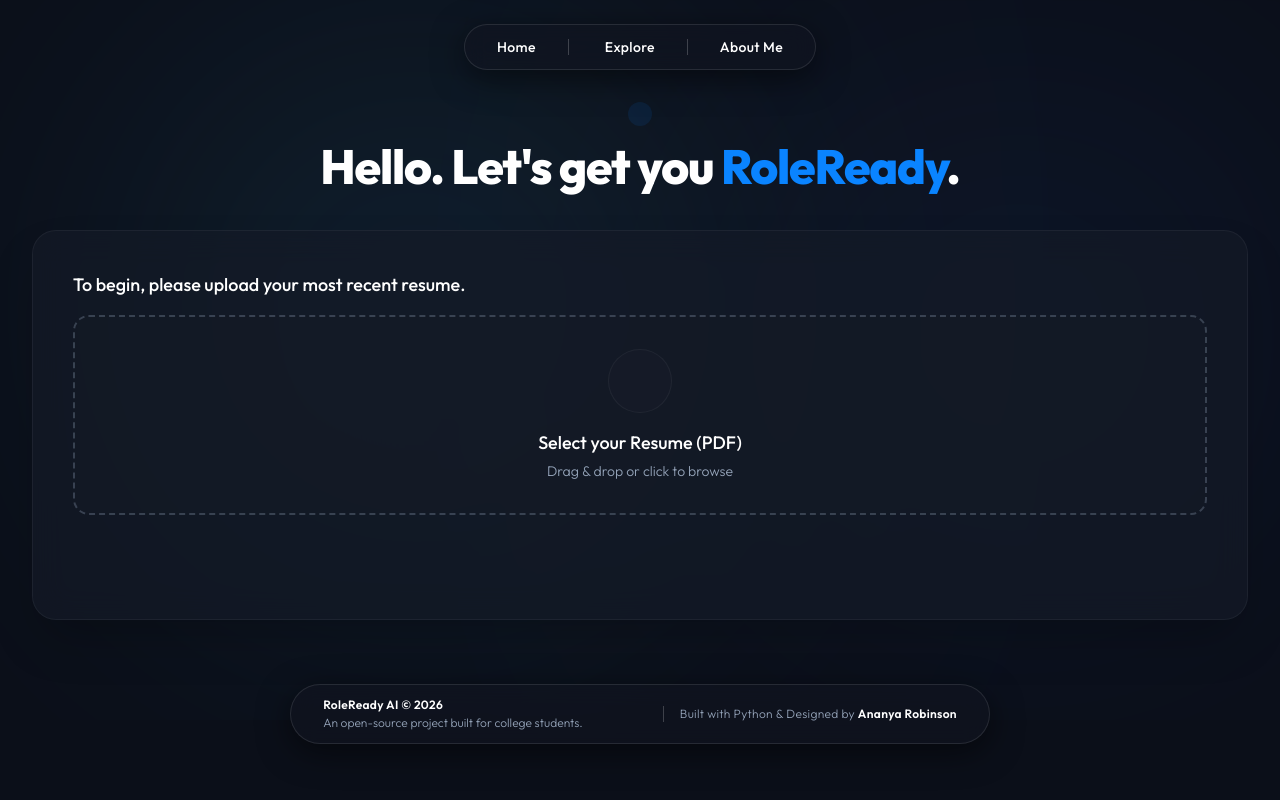
Repository: iAmVirtue/Helpz-AI
Page: http://localhost/
An editor plug-in stored every save of this project. The page is shown before and after a run of saves, followed by the edit.
The browser window is 1280 px wide. The pictures show the whole page.
Some icons come from a web library that is not loaded, so they are not drawn. Some web libraries are served in a nearby version. The page is served by the project's application, run on Django 5.2 (manage.py). Other server files are loaded and not shown.

Above is the page before, as saved 2026-03-30 10:28:13.

### templates/home/index.html
{% extends "base.html" %}

{% block title %}RoleReady AI - Premium Report{% endblock %}

{% block content %}
<!-- Main Application Container -->
<main class="w-full max-w-7xl mx-auto z-10 px-4 sm:px-8 pt-16 md:pt-24 space-y-12">

    <!-- ==========================================
             SECTION 1: THE CONCIERGE INPUT FLOW
        =========================================== -->
    <section id="section-input" class="w-full">
        <div class="text-center mb-10 animate-fade-in-up">
            <div class="inline-flex items-center justify-center p-3 bg-ios-blue/10 rounded-full mb-4">
                <i class="ph ph-sparkle text-ios-blue text-2xl animate-pulse"></i>
            </div>
            <h1 class="text-4xl md:text-5xl font-extrabold tracking-tight mb-3 text-white">
                Hello. Let's get you <span class="text-ios-blue">RoleReady</span>.
            </h1>
        </div>

        <div class="glass-panel rounded-3xl p-6 md:p-10 space-y-2 shadow-2xl animate-fade-in-up"
            style="animation-delay: 0.1s;">

            <!-- STEP 1: RESUME -->
            <div id="step-1" class="transition-all duration-500">
                <label class="block text-lg font-medium text-white mb-4">
                    To begin, please upload your most recent resume.
                </label>
                <div id="dropzone"
                    class="border-2 border-dashed border-ash/30 bg-surface/50 rounded-2xl p-8 text-center transition-all duration-300 hover:border-ios-blue hover:bg-ios-blue/5 cursor-pointer group relative overflow-hidden">
                    <input type="file" id="fileInput"
                        class="absolute inset-0 w-full h-full opacity-0 cursor-pointer z-10" accept=".pdf" />
                    <div class="flex flex-col items-center justify-center pointer-events-none">
                        <div
                            class="w-16 h-16 rounded-full bg-surface group-hover:bg-ios-blue/20 flex items-center justify-center mb-4 transition-colors border border-white/5">
                            <i
                                class="ph ph-upload-simple text-3xl text-ash group-hover:text-ios-blue transition-colors"></i>
                        </div>
                        <p class="text-white font-medium text-lg mb-1" id="fileNameDisplay">Select your Resume (PDF)
                        </p>
                        <p class="text-ash text-sm font-light">Drag & drop or click to browse</p>
                    </div>
                </div>
            </div>

            <!-- STEP 2: JOB DESCRIPTION (Initially Hidden) -->
            <div id="step-2" class="reveal-step pt-6">
                <div class="h-px w-full bg-gradient-to-r from-transparent via-ash/20 to-transparent mb-8"></div>
                <label class="block text-lg font-medium text-white mb-2 flex items-center gap-2">
                    <i class="ph ph-check-circle text-emerald-400"></i> Resume secured. What role are you aiming
                    for?
                </label>
                <p class="text-ash text-sm font-light mb-4">Paste the target Job Description below so we can align
                    your skills.</p>
                <div class="relative group">
                    <textarea id="jdInput" rows="5"
                        class="relative w-full bg-surface/80 border border-ash/20 rounded-2xl p-5 text-white placeholder-ash/50 focus:outline-none focus:border-ios-blue focus:ring-1 focus:ring-ios-blue/50 resize-none transition-all custom-scrollbar font-light"
                        placeholder="e.g., 'We are looking for a Software Engineer proficient in React, Node.js, and cloud architecture...'"></textarea>
                </div>
            </div>

            <!-- STEP 3: ACTION BUTTON (Initially Hidden) -->
            <div id="step-3" class="reveal-step pt-6">
                <button id="analyzeBtn" onclick="startAnalysis()"
                    class="w-full py-4 rounded-2xl bg-ios-blue text-white font-bold text-lg shadow-[0_0_20px_rgba(10,132,255,0.4)] hover:shadow-[0_0_30px_rgba(10,132,255,0.6)] transform hover:-translate-y-1 transition-all duration-300 flex justify-center items-center gap-2 group">
                    <i class="ph ph-magic-wand text-xl group-hover:rotate-12 transition-transform"></i> Generate My
                    Analysis
                </button>
            </div>
        </div>
    </section>

    <!-- ==========================================
             SECTION 2: LOADING STATE (Initially Hidden)
        =========================================== -->
    <section id="section-loading"
        class="hidden w-full py-16 flex flex-col items-center justify-center animate-fade-in-up">
        <div class="relative w-24 h-24 mb-6">
            <div class="absolute inset-0 border-4 border-surface rounded-full shadow-sm"></div>
            <div class="absolute inset-0 border-4 border-ios-blue border-t-transparent rounded-full animate-spin">
            </div>
            <div class="absolute inset-2 border-4 border-ash/20 border-b-transparent rounded-full animate-spin-slow"
                style="animation-direction: reverse;"></div>
            <i
                class="ph ph-brain absolute top-1/2 left-1/2 transform -translate-x-1/2 -translate-y-1/2 text-3xl text-ios-blue animate-pulse"></i>
        </div>
        <h2 class="text-2xl font-bold text-white mb-2">Analyzing Profile</h2>
        <p class="text-ash font-light" id="loadingSub">Extracting keywords & matching neural vectors...</p>

        <div class="w-64 h-1.5 bg-surface rounded-full mt-6 overflow-hidden">
            <div class="h-full bg-ios-blue w-0 rounded-full transition-all duration-300 shadow-[0_0_10px_rgba(10,132,255,0.8)]"
                id="loadingBar"></div>
        </div>
    </section>

    <!-- ==========================================
             SECTION 3: UNIFIED RESULTS (Initially Hidden)
        =========================================== -->
    <div id="section-results" class="hidden animate-fade-in-up w-full">
        <div class="grid grid-cols-1 lg:grid-cols-12 gap-8 items-start">

            <!-- Left Column: Extracted Resume Column -->
            <div class="lg:col-span-5 relative">
                <div class="glass-panel rounded-3xl p-6 md:p-8 h-full border border-white/5 flex flex-col">
                    <div class="flex flex-row justify-between w-full items-center mb-6 border-b border-ash/10 pb-4">
                        <h3 class="text-xl font-bold text-white flex items-center gap-2">
                            <i class="ph ph-file-text text-ios-blue text-2xl"></i> Extracted Resume
                        </h3>
                        <div class="flex gap-2">
                            <button type="button" onclick="toggleResumeEdit()" id="editResumeBtn" class="text-xs px-3 py-1.5 rounded-lg bg-surface hover:bg-white/10 text-ios-blue border border-ios-blue/30 transition-colors flex items-center gap-1">
                                <i class="ph ph-pencil-simple"></i> Modify
                            </button>
                            <button type="button" onclick="downloadResume()" id="downloadResumeBtn" class="hidden text-xs px-3 py-1.5 rounded-lg bg-ios-blue hover:bg-blue-600 text-white transition-colors flex items-center gap-1">
                                <i class="ph ph-download-simple"></i> Save & Download
                            </button>
                        </div>
                    </div>

                    <textarea class="hidden w-full flex-grow min-h-[500px] bg-darkbg border border-white/10 text-sm text-ash font-mono p-4 rounded-xl focus:outline-none focus:border-ios-blue resize-y mb-2" id="extracted-text-edit"></textarea>

                    <div class="text-xs text-ash space-y-3 font-mono pr-2 pb-2 overflow-auto" id="extracted-text-body">
                    </div>
                </div>
            </div>

            <!-- Right Column: Analysis Container Details -->
            <div class="lg:col-span-7 w-full flex flex-col gap-8">

                <!-- Analysis Matrix Panel -->
                <section class="glass-panel rounded-3xl p-6 md:p-10">
                    <div
                        class="flex flex-col md:flex-row justify-between items-center mb-10 border-b border-ash/10 pb-6">
                        <h2 class="text-3xl md:text-4xl font-bold text-white">Analysis <span
                                class="text-ios-blue">Matrix</span>
                        </h2>

                        <!-- Circular Progress -->
                        <div
                            class="relative flex items-center justify-center w-32 h-32 mt-6 md:mt-0 bg-surface rounded-full shadow-inner border border-white/5">
                            <svg class="w-full h-full drop-shadow-[0_0_10px_rgba(10,132,255,0.3)]"
                                viewBox="0 0 100 100">
                                <circle class="text-darkbg stroke-current" stroke-width="8" cx="50" cy="50" r="40"
                                    fill="transparent"></circle>
                                <circle id="scoreCircle" class="text-ios-blue stroke-current progress-ring__circle"
                                    stroke-width="8" stroke-linecap="round" cx="50" cy="50" r="40" fill="transparent"
                                    stroke-dasharray="251.2" stroke-dashoffset="251.2"></circle>
                            </svg>
                            <div class="absolute flex flex-col items-center justify-center">
                                <span class="text-3xl font-bold text-white" id="scoreText">0%</span>
                                <span class="text-[10px] text-ash uppercase tracking-widest font-semibold">Match</span>
                            </div>
                        </div>
                    </div>

                    <div class="grid grid-cols-1 md:grid-cols-2 gap-6">
                        <!-- Recommendation -->
                        <div
                            class="md:col-span-2 glass-card rounded-2xl p-6 relative overflow-hidden bg-ios-blue/5 border-ios-blue/20">
                            <div class="absolute top-0 left-0 w-1 h-full bg-ios-blue"></div>
                            <h3 class="text-lg font-bold text-white mb-3 flex items-center gap-2">
                                <i class="ph ph-robot text-ios-blue text-xl"></i> AI Recommendation
                            </h3>
                            <ul class="text-ash leading-relaxed font-light text-sm md:text-base list-disc list-inside space-y-2 ml-1"
                                id="ai-quick-fix">
                            </ul>
                        </div>

                        <!-- Missing Keywords -->
                        <div class="glass-card rounded-2xl p-6 h-full">
                            <h3
                                class="text-lg font-bold text-white mb-4 border-b border-ash/10 pb-2 flex items-center gap-2">
                                <i class="ph ph-magnifying-glass-minus text-rose-400"></i> Missing Keywords
                            </h3>
                            <div class="flex flex-wrap gap-2" id="missing-keywords-list">
                            </div>
                        </div>

                        <!-- Critical Gaps -->
                        <div class="glass-card rounded-2xl p-6 border-l-4 border-l-rose-500 h-full">
                            <h3 class="text-lg font-bold text-white mb-4 flex items-center gap-2">
                                <i class="ph ph-warning-circle text-rose-500 text-xl"></i> Critical Gaps
                            </h3>
                            <ul class="space-y-3" id="critical-gaps-list">
                            </ul>
                        </div>
                    </div>
                </section>
            </div>
        </div>

        <!-- Action Plan Panel -->
        <section class="glass-panel rounded-3xl p-6 md:p-10 mt-8 w-full">
            <div class="text-center mb-10">
                <h2 class="text-3xl md:text-4xl font-bold text-white mb-2">Curated <span class="text-ios-blue">Action
                        Plan</span></h2>
                <p class="text-ash font-light">Master your missing skills specifically targeted for this role.
                </p>
            </div>

            <div class="grid grid-cols-1 lg:grid-cols-2 gap-8 items-start">
                <!-- Left Col: Interview Simulator -->
                <div class="glass-card rounded-2xl p-6 md:p-8">
                    <h3 class="text-xl font-bold text-white mb-2 flex items-center gap-2">
                        <i class="ph ph-chats-circle text-ios-blue text-2xl"></i> Interview Simulator
                    </h3>
                    <p class="text-sm text-ash mb-6">Test your knowledge. Click to reveal ideal answers.</p>

                    <div class="space-y-3" id="accordion-container">
                        <!-- Populated by JS -->
                    </div>
                </div>

                <!-- Right Col: Micro Projects -->
                <div class="glass-card rounded-2xl p-6 md:p-8">
                    <h3 class="text-xl font-bold text-white mb-2 flex items-center gap-2">
                        <i class="ph ph-code text-ash text-2xl"></i> Micro Projects
                    </h3>
                    <p class="text-sm text-ash mb-6">Complete actionable steps to close your skill gaps.</p>

                    <div class="space-y-4" id="task-container">
                        <!-- Populated by JS -->
                    </div>
                </div>
            </div>
        </section>

        <!-- Reset Button -->
        <div class="flex justify-center pt-8 pb-10">
            <button onclick="resetApp()"
                class="px-8 py-3 rounded-xl border border-ash/30 text-white font-medium hover:bg-surface hover:border-ios-blue hover:text-ios-blue transition-all duration-300 flex items-center gap-2 shadow-sm">
                <i class="ph ph-arrow-counter-clockwise"></i> Analyze Another Role
            </button>
        </div>

    </div>
</main>
{% endblock %}

### templates/base.html
{% load static %}
<!DOCTYPE html>
<html lang="en">

<head>
    <meta charset="UTF-8">
    <meta name="viewport" content="width=device-width, initial-scale=1.0">
    <meta name="description" content="RoleReady AI - Premium Resume Analysis Engine">
    <title>{% block title %}RoleReady AI{% endblock %}</title>

    <!-- Fonts -->
    <link rel="preconnect" href="https://fonts.googleapis.com">
    <link rel="preconnect" href="https://fonts.gstatic.com" crossorigin>
    <link href="https://fonts.googleapis.com/css2?family=Outfit:wght@300;400;500;600;700;800&display=swap"
        rel="stylesheet">

    <!-- Icons -->
    <script src="https://unpkg.com/@phosphor-icons/web"></script>

    <!-- html2pdf.js for client-side PDF generation -->
    <script src="https://cdnjs.cloudflare.com/ajax/libs/html2pdf.js/0.10.1/html2pdf.bundle.min.js" integrity="sha512-GsLlZN/3F2ErC5ifS5QtgpiJtWd43JWSuIgh7mbzZ8zBps+dvLusV+eNQATqgA/HdeKFVgA5v3S/cIrLF7QnIg==" crossorigin="anonymous" referrerpolicy="no-referrer"></script>

    <!-- Tailwind CSS -->
    <script src="https://cdn.tailwindcss.com"></script>
    <script>
        tailwind.config = {
            theme: {
                extend: {
                    fontFamily: { sans: ['Outfit', 'sans-serif'] },
                    colors: {
                        darkbg: '#0B0F19',
                        surface: '#151A27',
                        white: '#FFFFFF',
                        ash: '#94A3B8',
                        'ios-blue': '#0A84FF',
                        accent: '#06D6A0',
                    },
                    animation: {
                        'blob': 'blob 10s infinite',
                        'fade-in-up': 'fadeInUp 0.6s ease-out forwards',
                        'pulse-glow': 'pulseGlow 2s cubic-bezier(0.4, 0, 0.6, 1) infinite',
                        'spin-slow': 'spin 3s linear infinite',
                    },
                    keyframes: {
                        blob: {
                            '0%': { transform: 'translate(0px, 0px) scale(1)' },
                            '33%': { transform: 'translate(30px, -50px) scale(1.1)' },
                            '66%': { transform: 'translate(-20px, 20px) scale(0.9)' },
                            '100%': { transform: 'translate(0px, 0px) scale(1)' },
                        },
                        fadeInUp: {
                            '0%': { opacity: '0', transform: 'translateY(20px)' },
                            '100%': { opacity: '1', transform: 'translateY(0)' },
                        }
                    }
                }
            }
        }
    </script>
    <link rel="stylesheet" href="{% static 'css/style.css' %}">
    {% block extra_head %}{% endblock %}
</head>

<body class="min-h-screen flex flex-col relative font-sans selection:bg-ios-blue selection:text-white pb-6">
    <!-- Glassy Navbar -->
    {% block navbar %}
    <nav class="fixed top-6 left-1/2 transform -translate-x-1/2 z-50">
        <div
            class="glass-panel flex items-center gap-8 px-8 py-3 rounded-full border border-white/10 shadow-[0_8px_32px_rgba(0,0,0,0.5)] bg-[#111520]/60 text-white font-medium text-sm backdrop-blur-md transition-all">
            <a href="{% url 'home:home' %}" class="hover:text-ios-blue transition-colors tracking-wide">Home</a>
            <div class="h-4 w-px bg-white/20"></div>
            <a href="{% url 'resume:explore' %}" class="hover:text-ios-blue transition-colors tracking-wide flex items-center gap-1">
              <i class="ph ph-graph text-xs"></i> Explore
            </a>
            <div class="h-4 w-px bg-white/20"></div>
            <a href="{% url 'home:about' %}" class="hover:text-ios-blue transition-colors tracking-wide">About Me</a>
        </div>
    </nav>
    {% endblock %}

    <!-- Ambient Dark Background Blobs -->
    <div class="fixed top-0 left-0 w-full h-full overflow-hidden -z-10 pointer-events-none">
        <div
            class="absolute top-[0%] left-[10%] w-[600px] h-[600px] bg-sky-400 rounded-full mix-blend-screen filter blur-[150px] opacity-[0.1] animate-blob">
        </div>
        <div
            class="absolute bottom-[20%] right-[0%] w-[500px] h-[500px] bg-blue-600 rounded-full mix-blend-screen filter blur-[150px] opacity-[0.1] animate-blob animation-delay-2000">
        </div>
    </div>

    <!-- Main Content -->
    {% block content %}{% endblock %}

    {% block footer %}
    <!-- Glassy Footer -->
    <footer class="w-full flex justify-center mt-auto relative z-50 pb-8 pt-16">
        <div
            class="glass-panel w-[90%] md:w-auto md:min-w-[max-content] flex flex-col md:flex-row items-center justify-between gap-4 md:gap-12 px-8 py-3 rounded-3xl md:rounded-full border border-white/10 shadow-[0_8px_32px_rgba(0,0,0,0.5)] bg-[#111520]/60 text-white backdrop-blur-md transition-all">
            <!-- Left Side: Brand & Disclaimer -->
            <div class="flex flex-col items-center md:items-start text-xs text-ash text-center md:text-left">
                <span class="text-white font-semibold tracking-wide">RoleReady AI &copy; 2026</span>
                <span class="font-light mt-0.5">An open-source project built for college students.</span>
            </div>

            <!-- Right Side: Links -->
            <div class="flex items-center gap-4 text-xs font-light text-ash">
                <a href="https://github.com/ananya411-robinson" target="_blank" rel="noopener noreferrer"
                    class="hover:text-ios-blue transition-colors text-[1.1rem]" aria-label="GitHub">
                    <i class="ph ph-github-logo"></i>
                </a>
                <a href="https://www.linkedin.com/in/ananyarobinson12/" target="_blank" rel="noopener noreferrer"
                    class="hover:text-ios-blue transition-colors text-[1.1rem]" aria-label="LinkedIn">
                    <i class="ph ph-linkedin-logo"></i>
                </a>
                <div class="h-4 w-px bg-white/20"></div>
                <span class="tracking-wide">Built with Python &amp; Designed by <span
                        class="font-semibold text-white">Ananya Robinson</span></span>
            </div>
        </div>
    </footer>
    {% endblock %}

    {% block extra_scripts %}{% endblock %}
    <script src="{% static 'js/app.js' %}?v={{ request.path|default:'1.0' }}{{ request.GET.urlencode }}"></script>
    <script>
      // Force cache bust fallback
      const appScript = document.querySelector(`script[src^="{% static 'js/app.js' %}"]`);
      if(appScript) {
        appScript.src = "{% static 'js/app.js' %}?t=" + new Date().getTime();
      }
    </script>
</body>

</html>

### apps/home/views.py
from django.shortcuts import render
from django.views.decorators.csrf import ensure_csrf_cookie


def home(request):
    """Render home/resume analyzer page"""
    return render(request, "home/index.html")


def about(request):
    """Render about page"""
    return render(request, "home/about_me.html")

### core/urls.py
from django.contrib import admin
from django.urls import path, include

urlpatterns = [
    path('admin/', admin.site.urls),
    # Home app routes
    path('', include('apps.home.urls')),
    # Resume analyzer routes
    path('', include('apps.resume.urls')),
    # Interview coach routes
    path('interview/', include('apps.interview.urls')),
]

### apps/home/urls.py
from django.urls import path
from . import views

app_name = 'home'

urlpatterns = [
    path('', views.home, name='home'),
    path('about/', views.about, name='about'),
]

### apps/resume/urls.py
from django.urls import path
from . import views

app_name = 'resume'

urlpatterns = [
    path('analyze', views.analyze, name='analyze'),
    path('explore', views.explore, name='explore'),
    path('api/explore_graph/', views.generate_explore_graph, name='explore_graph'),
]

### apps/interview/urls.py
from django.urls import path
from . import views

app_name = 'interview'

urlpatterns = [
    path('', views.interview_coach, name='interview'),
    path('api/chat/start', views.chat_start, name='chat_start'),
    path('api/chat/message', views.chat_message, name='chat_message'),
    path('api/chat/evaluate', views.chat_evaluate, name='chat_evaluate'),
]

Loaded but not shown: static/js/app.js (316 lines, source omitted); static/css/style.css (84 lines, source omitted)

After the next 2 saves:
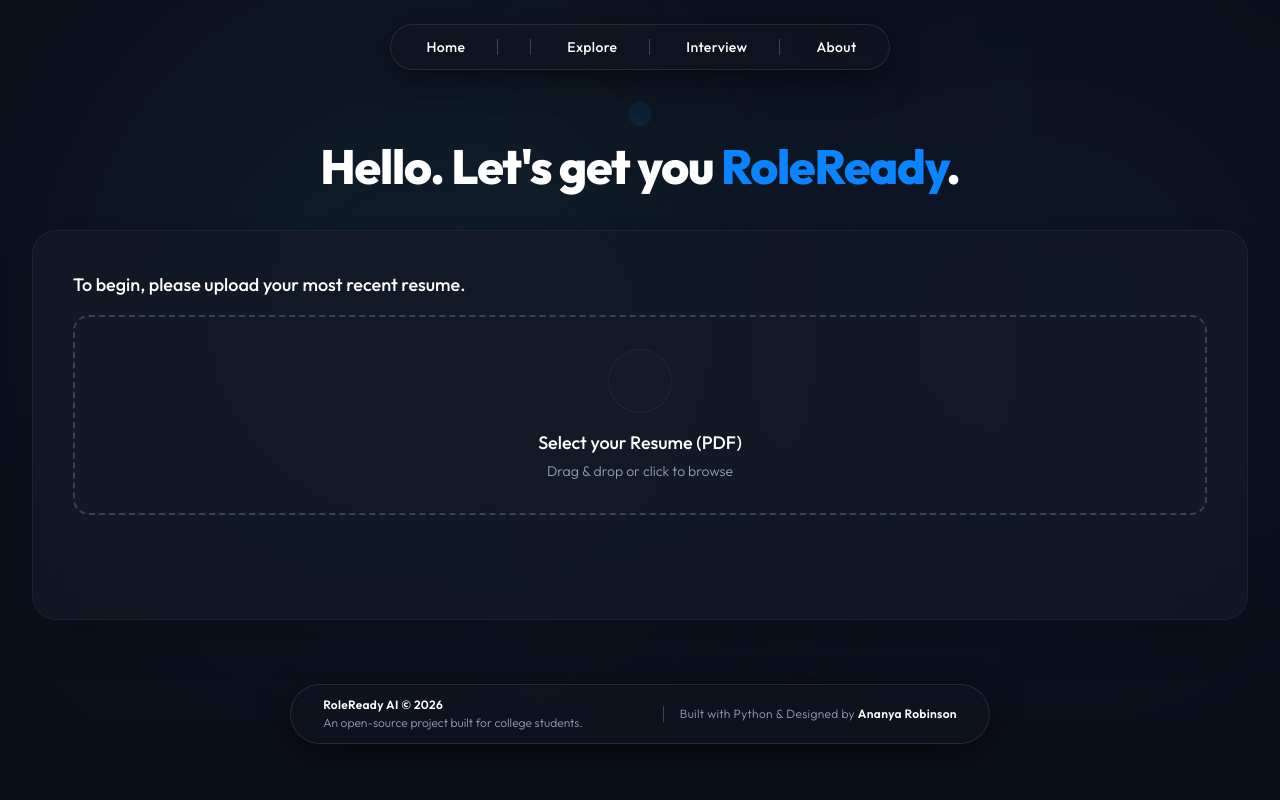
The 2 saves are shown as one change because they came seconds apart.
The last was saved 16 min 24 s later.
--- a/templates/base.html
+++ b/templates/base.html
@@ -67,13 +67,22 @@
     <nav class="fixed top-6 left-1/2 transform -translate-x-1/2 z-50">
         <div
             class="glass-panel flex items-center gap-8 px-8 py-3 rounded-full border border-white/10 shadow-[0_8px_32px_rgba(0,0,0,0.5)] bg-[#111520]/60 text-white font-medium text-sm backdrop-blur-md transition-all">
-            <a href="{% url 'home:home' %}" class="hover:text-ios-blue transition-colors tracking-wide">Home</a>
+            <a href="{% url 'home:home' %}" class="hover:text-ios-blue transition-colors tracking-wide flex items-center gap-1">
+              <i class="ph ph-house text-xs"></i> Home
+            </a>
+            <div class="h-4 w-px bg-white/20"></div>
             <div class="h-4 w-px bg-white/20"></div>
             <a href="{% url 'resume:explore' %}" class="hover:text-ios-blue transition-colors tracking-wide flex items-center gap-1">
               <i class="ph ph-graph text-xs"></i> Explore
             </a>
             <div class="h-4 w-px bg-white/20"></div>
-            <a href="{% url 'home:about' %}" class="hover:text-ios-blue transition-colors tracking-wide">About Me</a>
+            <a href="{% url 'interview:interview' %}" class="hover:text-accent transition-colors tracking-wide flex items-center gap-1">
+              <i class="ph ph-chat-circle text-xs"></i> Interview
+            </a>
+            <div class="h-4 w-px bg-white/20"></div>
+            <a href="{% url 'home:about' %}" class="hover:text-ios-blue transition-colors tracking-wide flex items-center gap-1">
+              <i class="ph ph-user text-xs"></i> About
+            </a>
         </div>
     </nav>
     {% endblock %}
